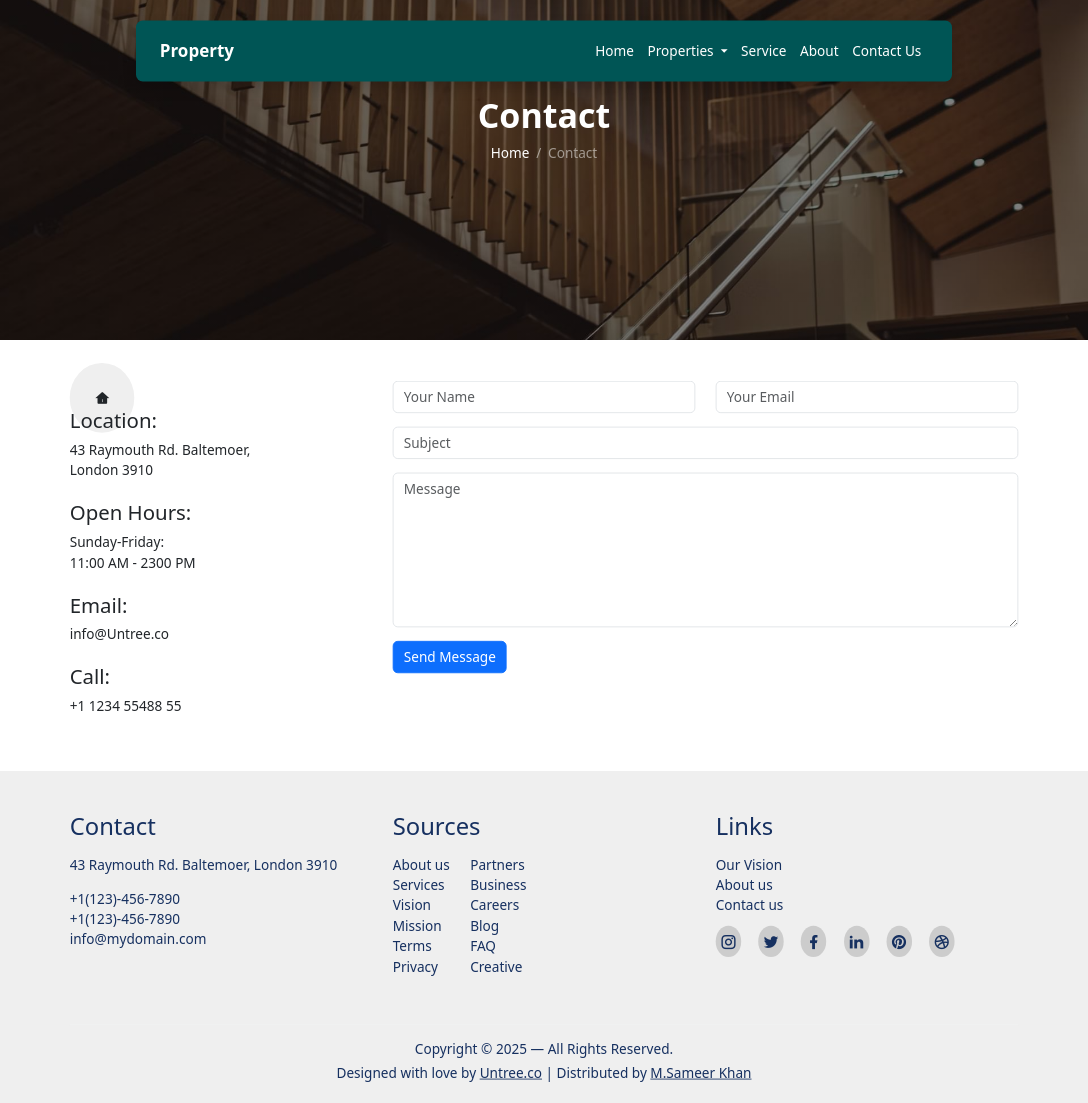
Repository: sameerrrrkhan911-git/Property
Page: contact.html
These files come from the project's save history. The page is drawn as it stood at one moment and after a run of saves; the edit follows.
The browser window is 1280 px wide. The pictures show the whole page, at 85% of full size.
Some icons come from a web library that is not loaded, so they are not drawn. Some web libraries are served in a nearby version.

Above is the page before, as saved 2025-09-28 18:58:48.
Console error: TypeError: Cannot read properties of undefined (reading 'length')

After the next 2 saves:
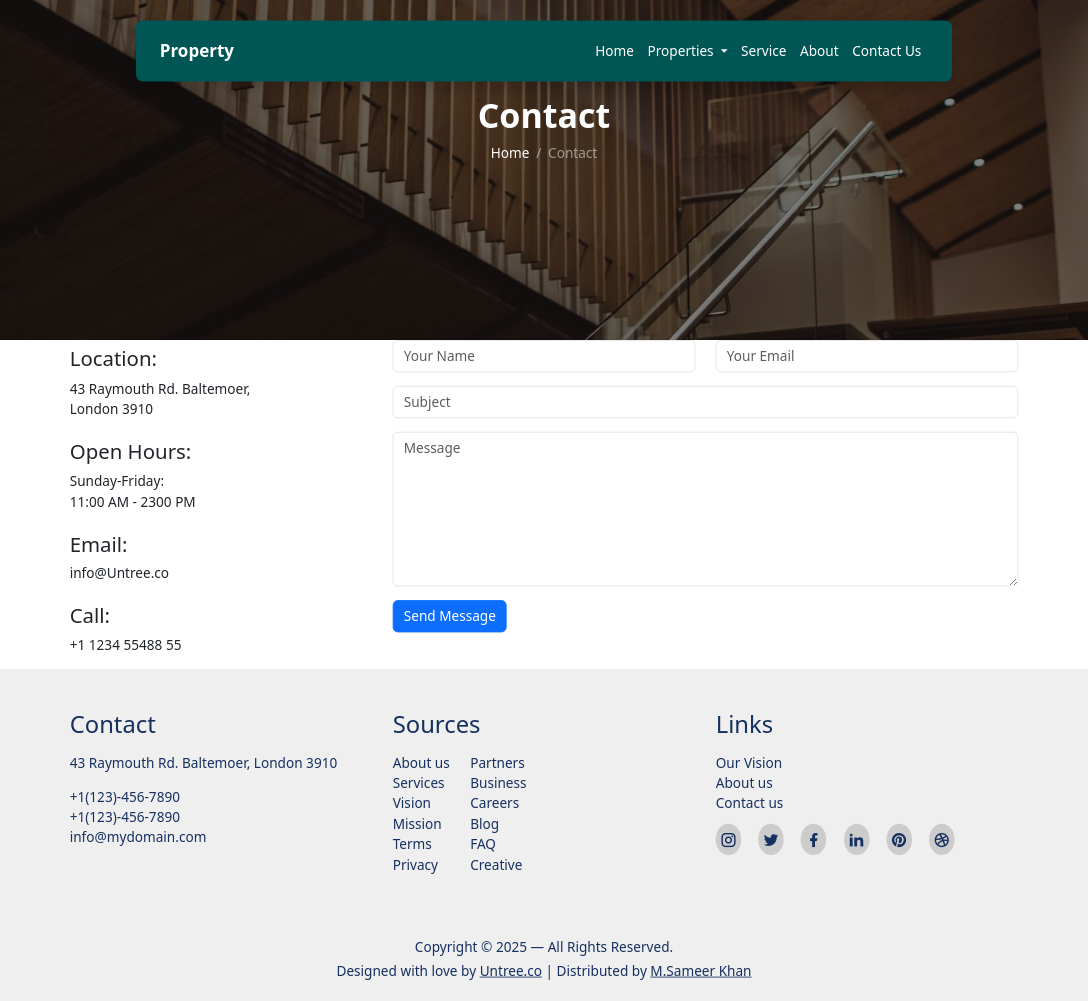
The 2 saves are shown as one change because they came seconds apart.
The last was saved 24 s later.
--- a/contact.html
+++ b/contact.html
@@ -95,16 +95,13 @@
 
     <main>
 
-<div class="section py-5">
+<div class="section py">
       <div class="container">
         <div class="row">
           <div class="col-lg-4 mb-5 mb-lg-0 aos-init aos-animate" data-aos="fade-up" data-aos-delay="100">
             <div class="contact-info">
               <div class="address mt-2">
-
-                  <b class="icon-home2" style="border-radius: 50%; padding: 30px; background-color: #efefef;"><i
-                      class="ri-home-4-fill"></i></b>
-
+                <i class="icon-room"></i>
                 <h4 class="mb-2">Location:</h4>
                 <p>
                   43 Raymouth Rd. Baltemoer,<br>
